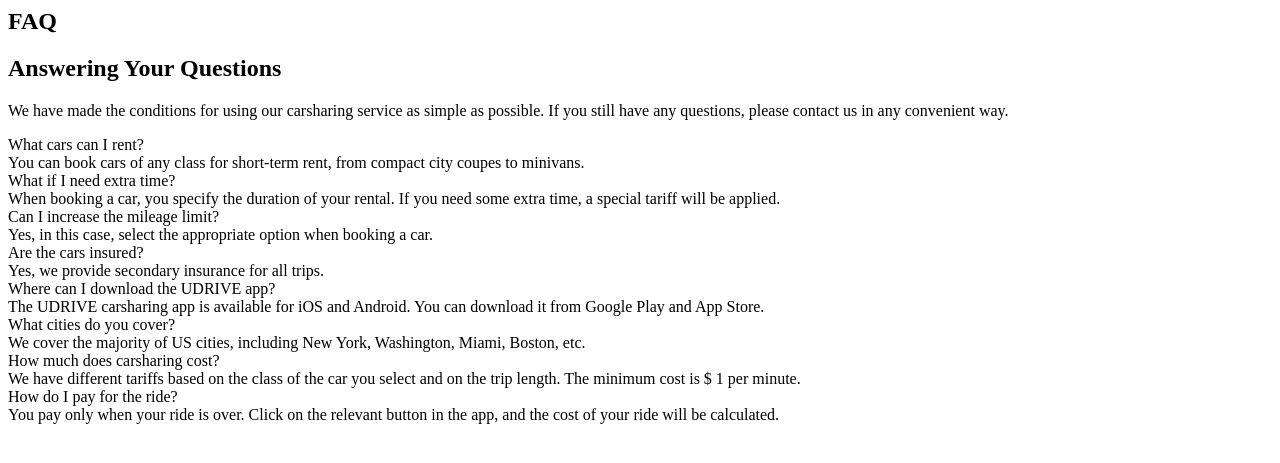
Repository: sanyathecreator/udrive-carsharing
Page: index.faq.partial.html
An editor plug-in stored every save of this project. The page is shown before and after the next save, followed by the edit.
The browser window is 1280 px wide. The pictures show the whole page.

Above is the page before, as saved 2025-09-11 01:41:23.

After the next save:
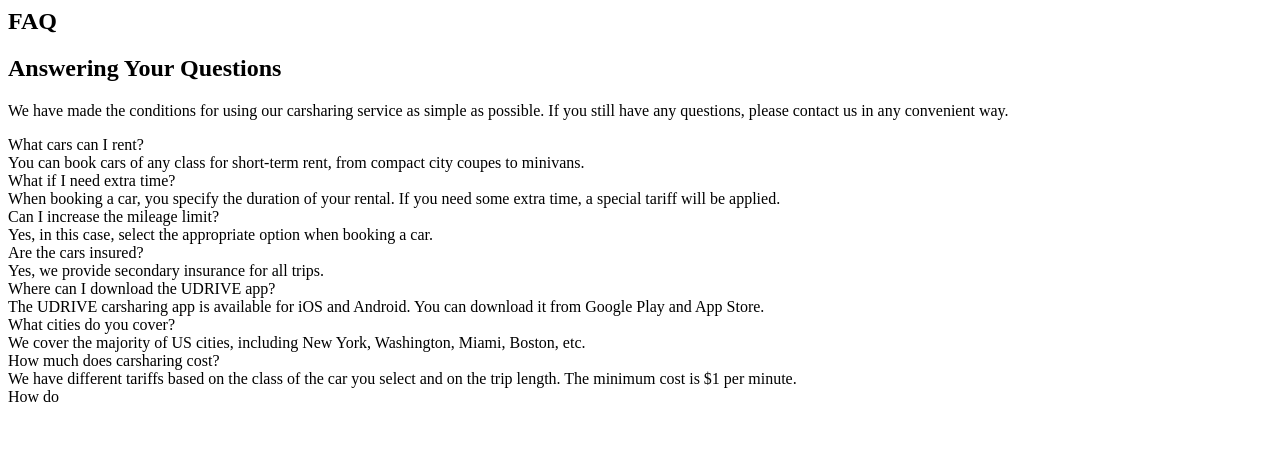
Saved 87 s later.
--- a/index.faq.partial.html
+++ b/index.faq.partial.html
@@ -1,69 +1,66 @@
-<section class ="faq">
+<section class="faq">
   <div class="faq__container container">
-  <h1 class ="faq __title">FAQ</h1>
-  <h2 class ="faq __subtitle">Answering Your Questions</h2>
-  <p class ="faq __text">We have made the conditions for using our carsharing service as simple as possible. If you still have any questions, please contact us in any convenient way.</p>
-  <div class="faq__grid">
-    <div class="faq__item">
-      <div class="faq__q">What cars can I rent?</div>
-      <div class="faq__a">
-        You can book cars of any class for short-term rent, from compact city
-        coupes to minivans.
+    <h1 class="faq__title">FAQ</h1>
+    <h2 class="faq__subtitle">Answering Your Questions</h2>
+    <p class="faq__text">
+      We have made the conditions for using our carsharing service as simple as possible.
+      If you still have any questions, please contact us in any convenient way.
+    </p>
+
+    <div class="faq__grid">
+      <div class="faq__item">
+        <div class="faq__q">What cars can I rent?</div>
+        <div class="faq__a">
+          You can book cars of any class for short-term rent, from compact city
+          coupes to minivans.
+        </div>
       </div>
-    </div>
 
-    <div class="faq__item">
-      <div class="faq__q">What if I need extra time?</div>
-      <div class="faq__a">
-        When booking a car, you specify the duration of your rental. If you need
-        some extra time, a special tariff will be applied.
+      <div class="faq__item">
+        <div class="faq__q">What if I need extra time?</div>
+        <div class="faq__a">
+          When booking a car, you specify the duration of your rental. If you need
+          some extra time, a special tariff will be applied.
+        </div>
       </div>
-    </div>
 
-    <div class="faq__item">
-      <div class="faq__q">Can I increase the mileage limit?</div>
-      <div class="faq__a">
-        Yes, in this case, select the appropriate option when booking a car.
+      <div class="faq__item">
+        <div class="faq__q">Can I increase the mileage limit?</div>
+        <div class="faq__a">
+          Yes, in this case, select the appropriate option when booking a car.
+        </div>
       </div>
-    </div>
 
-    <div class="faq__item">
-      <div class="faq__q">Are the cars insured?</div>
-      <div class="faq__a">
-        Yes, we provide secondary insurance for all trips.
+      <div class="faq__item">
+        <div class="faq__q">Are the cars insured?</div>
+        <div class="faq__a">
+          Yes, we provide secondary insurance for all trips.
+        </div>
       </div>
-    </div>
 
-    <div class="faq__item">
-      <div class="faq__q">Where can I download the UDRIVE app?</div>
-      <div class="faq__a">
-        The UDRIVE carsharing app is available for iOS and Android. You can
-        download it from Google Play and App Store.
+      <div class="faq__item">
+        <div class="faq__q">Where can I download the UDRIVE app?</div>
+        <div class="faq__a">
+          The UDRIVE carsharing app is available for iOS and Android.
+          You can download it from Google Play and App Store.
+        </div>
       </div>
-    </div>
 
-    <div class="faq__item">
-      <div class="faq__q">What cities do you cover?</div>
-      <div class="faq__a">
-        We cover the majority of US cities, including New York, Washington,
-        Miami, Boston, etc.
+      <div class="faq__item">
+        <div class="faq__q">What cities do you cover?</div>
+        <div class="faq__a">
+          We cover the majority of US cities, including New York, Washington,
+          Miami, Boston, etc.
+        </div>
       </div>
-    </div>
 
-    <div class="faq__item">
-      <div class="faq__q">How much does carsharing cost?</div>
-      <div class="faq__a">
-        We have different tariffs based on the class of the car you select and
-        on the trip length. The minimum cost is $ 1 per minute.
+      <div class="faq__item">
+        <div class="faq__q">How much does carsharing cost?</div>
+        <div class="faq__a">
+          We have different tariffs based on the class of the car you select and
+          on the trip length. The minimum cost is $1 per minute.
+        </div>
       </div>
-    </div>
 
-    <div class="faq__item">
-      <div class="faq__q">How do I pay for the ride?</div>
-      <div class="faq__a">
-        You pay only when your ride is over. Click on the relevant button in the
-        app, and the cost of your ride will be calculated.
-      </div>
-    </div>
-  </div>
-</section>
+      <div class="faq__item">
+        <div class="faq__q">How do
